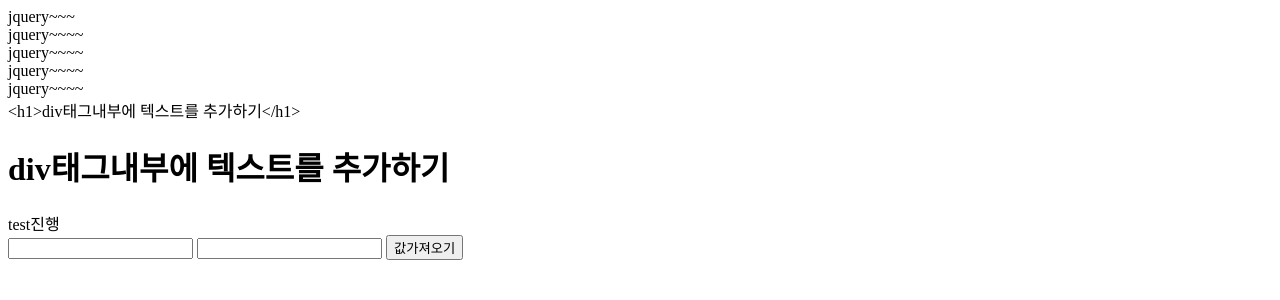
Repository: snowcuphea/webwork_class
Page: clientweb/WebContent/jquery/jquery_setget_test01.html
These files come from the project's save history. The page is drawn as it stood at one moment and after the next save; the edit follows.
The browser window is 1280 px wide. The pictures show the whole page.

Above is the page before, as saved 2020-01-13 05:14:12.

After the next save:
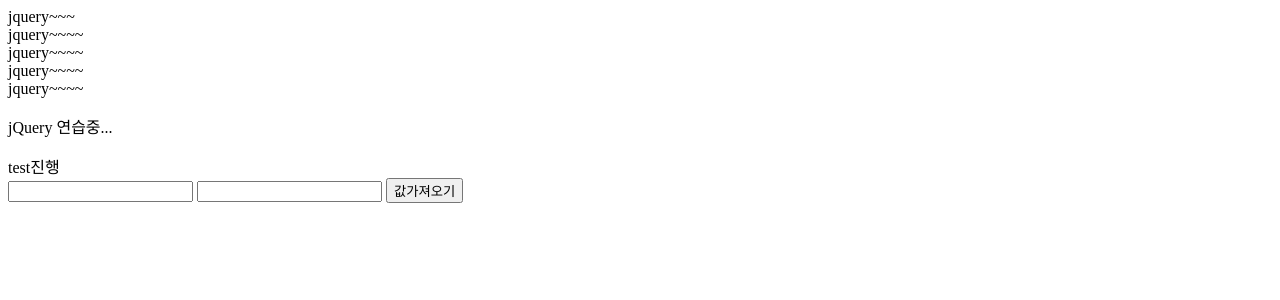
Console error: SyntaxError: Invalid or unexpected token
Saved 4 min 35 s later.
--- a/clientweb/WebContent/jquery/jquery_setget_test01.html
+++ b/clientweb/WebContent/jquery/jquery_setget_test01.html
@@ -29,6 +29,11 @@
 			$("#result").text("<h1>div태그내부에 텍스트를 추가하기</h1>");
 			//웹페이지에 값을 출력하기-setter, html태그가 실행된다.
 			$("#result2").html("<h1>div태그내부에 텍스트를 추가하기</h1>");
+			#("#data").on("keyup",function(){
+				//val() - 입력필드의 값을 반환:getter
+				myval = parseInt($("#data").val())+100000;
+				$("#result3").text(myval); //웹페이지에출력-setter
+			});
 		});
 	</script>
 </body>

After the save that followed:
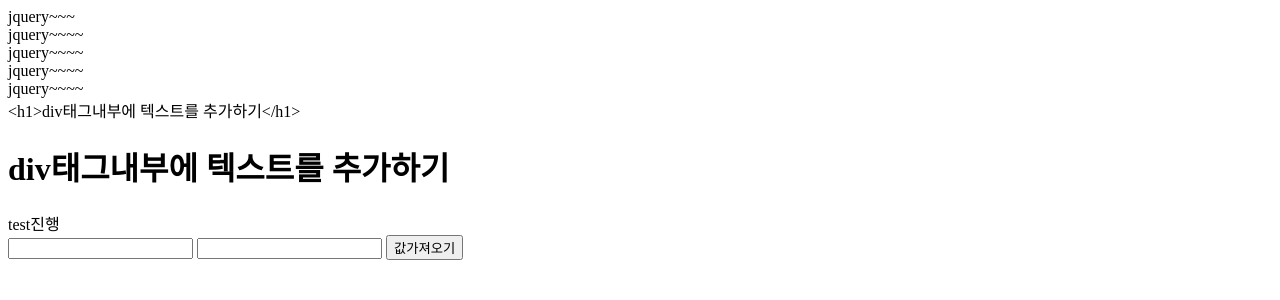
The error is gone.
Saved 15 s later.
--- a/clientweb/WebContent/jquery/jquery_setget_test01.html
+++ b/clientweb/WebContent/jquery/jquery_setget_test01.html
@@ -29,7 +29,7 @@
 			$("#result").text("<h1>div태그내부에 텍스트를 추가하기</h1>");
 			//웹페이지에 값을 출력하기-setter, html태그가 실행된다.
 			$("#result2").html("<h1>div태그내부에 텍스트를 추가하기</h1>");
-			#("#data").on("keyup",function(){
+			$("#data").on("keyup",function(){
 				//val() - 입력필드의 값을 반환:getter
 				myval = parseInt($("#data").val())+100000;
 				$("#result3").text(myval); //웹페이지에출력-setter
